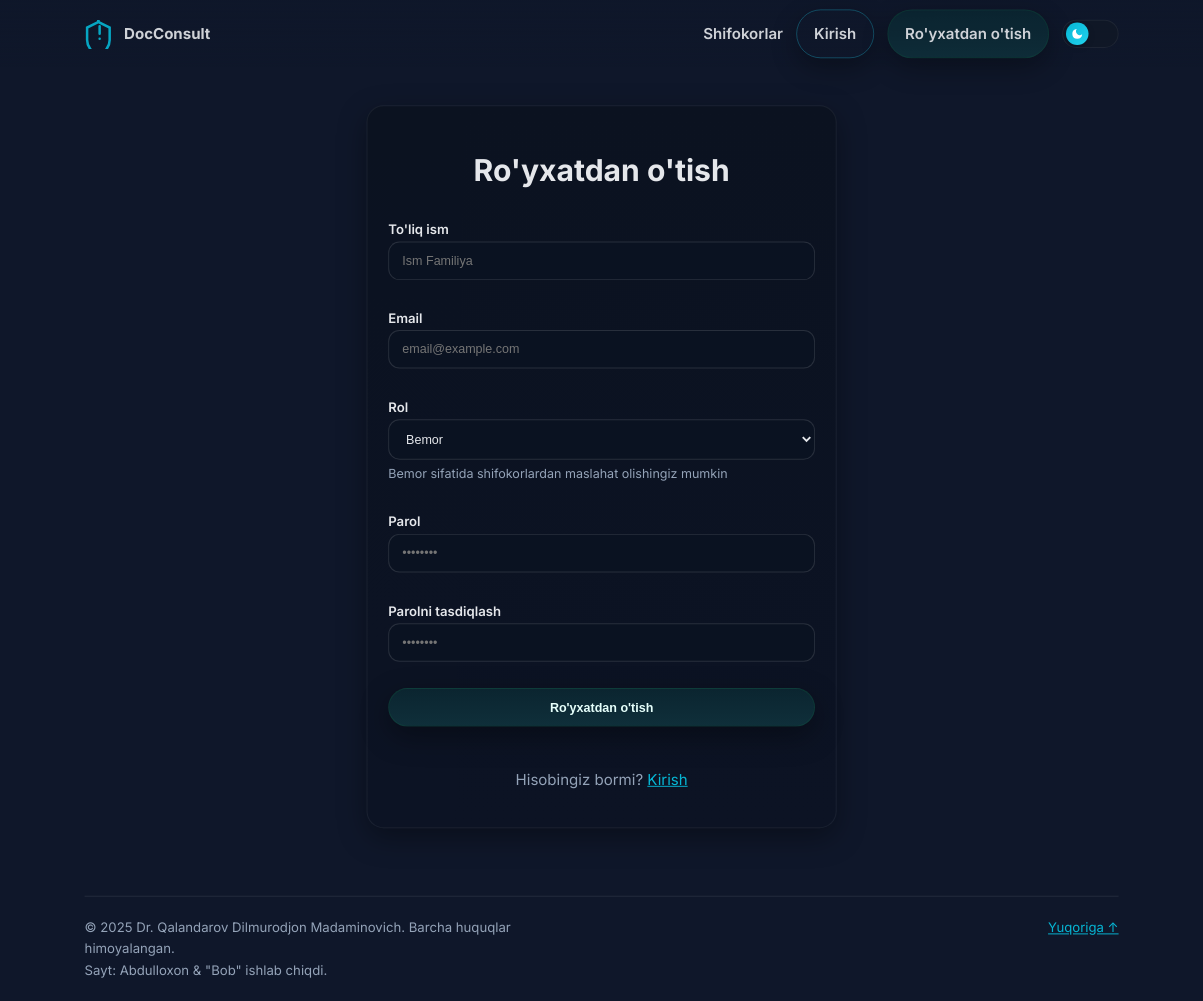
Repository: diyorbe-beep/-----------
Page: /register
An editor plug-in stored every save of this project. The page is shown before and after the next save, followed by the edit.
The browser window is 1280 px wide. The pictures show the whole page, at 94% of full size.
The page's requests for data from a server got no answer. The project was rebuilt for these pictures with package versions that can differ from the ones it lists, and the page was loaded fresh each time. No one was signed in, and anything a server would have sent is missing. Also part of the build but not shown: vite.config.js, src/pages/Home.jsx, src/pages/Login.jsx, src/components/DoctorSearch.jsx, src/pages/DoctorList.jsx, src/pages/DoctorDetail.jsx, src/pages/DoctorDashboard.jsx, src/components/FileUpload.jsx and 9 more.

Above is the page before, as saved 2025-10-20 21:13:25.

### index.html
<!DOCTYPE html>
<html lang="uz">
<head>
  <meta charset="UTF-8" />
  <meta name="viewport" content="width=device-width, initial-scale=1.0" />
  <title>Dr. Qalandarov Dilmurodjon Madaminovich — Shaxsiy tibbiy sayt</title>
  <meta name="description" content="Dr. Qalandarov Dilmurodjon Madaminovich — Qabul, diagnostika va davolash. Online navbatga yoziling, manzil va aloqa ma'lumotlari.">
  <meta name="format-detection" content="telephone=no" />
  <link rel="preconnect" href="https://fonts.googleapis.com">
  <link rel="preconnect" href="https://fonts.gstatic.com" crossorigin>
  <link href="https://fonts.googleapis.com/css2?family=Inter:wght@300;400;600;700&display=swap" rel="stylesheet">
  <script type="application/ld+json">
  {
    "@context": "https://schema.org",
    "@type": "Physician",
    "name": "Dr. Qalandarov Dilmurodjon Madaminovich",
    "medicalSpecialty": "[Mutaxassislik]",
    "telephone": "+998 [telefon]",
    "address": {"@type": "PostalAddress","streetAddress": "[Ko'cha va uy]","addressLocality": "[Shahar]","addressRegion": "[Viloyat]","postalCode": "[Indeks]","addressCountry": "UZ"},
    "openingHours": "Mo-Fr 09:00-18:00"
  }
  </script>
</head>
<body>
  <noscript>You need to enable JavaScript to run this app.</noscript>
  <div id="root"></div>
  <script type="module" src="/src/main.jsx"></script>
</body>
</html>

### src/main.jsx
import React from 'react'
import ReactDOM from 'react-dom/client'
import './index.css'
import App from './App.jsx'

ReactDOM.createRoot(document.getElementById('root')).render(
  <React.StrictMode>
    <App />
  </React.StrictMode>,
)

### src/index.css
@import './styles/themes.css';

* {
  box-sizing: border-box;
}

html,
body {
  margin: 0;
  padding: 0;
  background: var(--bg);
  color: var(--txt);
  font-family: Inter, system-ui, -apple-system, Segoe UI, Roboto, "Helvetica Neue", Arial, sans-serif;
  line-height: 1.6;
}

a {
  color: var(--brand);
}

.container {
  max-width: 1100px;
  margin: 0 auto;
  padding: 24px;
}

header {
  position: sticky;
  top: 0;
  z-index: 50;
  background: linear-gradient(180deg, #0f172ae6, #0f172a00);
}

.nav {
  display: flex;
  gap: 16px;
  align-items: center;
  justify-content: space-between;
  padding: 10px 0;
}

.nav a {
  font-weight: 600;
  text-decoration: none;
  color: var(--txt);
  opacity: 0.9;
}

.nav a:hover {
  color: var(--brand-2);
}

.btn {
  display: inline-flex;
  align-items: center;
  justify-content: center;
  padding: 12px 18px;
  border-radius: 9999px;
  border: 1px solid #16a34a20;
  background: linear-gradient(180deg, #0b2530, #0f2f3a);
  color: #e6fffb;
  font-weight: 700;
  cursor: pointer;
  box-shadow: var(--shadow);
  text-decoration: none;
}

.btn:hover {
  transform: translateY(-1px);
  filter: brightness(1.1);
}

.btn-outline {
  background: transparent;
  border: 1px solid #22d3ee55;
  color: var(--brand-2);
}

.hero {
  display: grid;
  grid-template-columns: 1.2fr 1fr;
  gap: 26px;
  align-items: center;
  padding: 28px 0;
}

.card {
  background: linear-gradient(180deg, #0b1220, #0c1324);
  border: 1px solid rgba(255, 255, 255, 0.06);
  box-shadow: var(--shadow);
  border-radius: var(--radius);
  padding: 22px;
}

.tag {
  display: inline-flex;
  gap: 8px;
  align-items: center;
  font-size: 12px;
  color: var(--muted);
  border: 1px dashed rgba(255, 255, 255, 0.15);
  padding: 6px 10px;
  border-radius: 999px;
}

.hero h1 {
  font-size: 38px;
  line-height: 1.2;
  margin: 0.2em 0;
}

.hero p {
  color: var(--muted);
}

.portrait {
  aspect-ratio: 1/1;
  border-radius: 20px;
  overflow: hidden;
  border: 1px solid rgba(255, 255, 255, 0.08);
}

.portrait img {
  width: 100%;
  height: 100%;
  object-fit: cover;
  display: block;
}

.grid-3 {
  display: grid;
  grid-template-columns: repeat(3, 1fr);
  gap: 18px;
}

.grid-2 {
  display: grid;
  grid-template-columns: repeat(2, 1fr);
  gap: 18px;
}

h2 {
  font-size: 26px;
  margin: 0 0 12px;
}

h3 {
  font-size: 18px;
  margin: 0 0 8px;
}

.muted {
  color: var(--muted);
}

.list {
  display: grid;
  gap: 10px;
  margin: 0;
  padding: 0;
}

.list li {
  list-style: none;
  padding: 10px 12px;
  border: 1px solid rgba(255, 255, 255, 0.06);
  border-radius: 12px;
  background: #0b1323cc;
}

.kpi {
  display: flex;
  gap: 14px;
  flex-wrap: wrap;
}

.kpi .item {
  flex: 1;
  min-width: 180px;
  padding: 16px;
  border-radius: 14px;
  border: 1px solid rgba(255, 255, 255, 0.06);
  background: linear-gradient(180deg, #08111f, #0a1221);
}

.kpi .n {
  font-size: 24px;
  font-weight: 800;
  color: #a7f3d0;
}

form {
  display: grid;
  gap: 12px;
}

label {
  font-weight: 600;
  font-size: 14px;
}

input,
select,
textarea {
  width: 100%;
  padding: 12px 14px;
  border-radius: 12px;
  border: 1px solid rgba(255, 255, 255, 0.12);
  background: #0a1221;
  color: var(--txt);
}

textarea {
  min-height: 110px;
  resize: vertical;
}

.footer {
  border-top: 1px solid rgba(255, 255, 255, 0.08);
  margin-top: 32px;
  padding: 22px 0;
  color: var(--muted);
  font-size: 14px;
}

.badges {
  display: flex;
  gap: 10px;
  flex-wrap: wrap;
}

.badge {
  background: #0b1220;
  border: 1px solid rgba(255, 255, 255, 0.08);
  border-radius: 999px;
  padding: 8px 12px;
  font-size: 12px;
  color: #a5b4fc;
}

.map {
  width: 100%;
  height: 260px;
  border-radius: 14px;
  border: 1px solid rgba(255, 255, 255, 0.08);
  background: #0a1221;
  display: flex;
  align-items: center;
  justify-content: center;
  color: #64748b;
}

@media (max-width: 960px) {
  .hero {
    grid-template-columns: 1fr;
  }
  .grid-3 {
    grid-template-columns: 1fr;
  }
  .grid-2 {
    grid-template-columns: 1fr;
  }
}

### src/App.jsx
import React from 'react'
import { BrowserRouter, Routes, Route, Navigate } from 'react-router-dom'
import { ThemeProvider } from './contexts/ThemeContext.jsx'
import { AuthProvider, useAuth } from './contexts/AuthContext.jsx'

// Layout
import Header from './components/Layout/Header.jsx'
import Footer from './components/Footer.jsx'

// Public Pages
import Home from './pages/Home.jsx'
import Login from './pages/Login.jsx'
import Register from './pages/Register.jsx'
import DoctorList from './pages/DoctorList.jsx'
import DoctorDetail from './pages/DoctorDetail.jsx'

// Doctor Pages
import DoctorDashboard from './pages/DoctorDashboard.jsx'
import DoctorProfileSetup from './pages/DoctorProfileSetup.jsx'
import ServiceManagement from './pages/ServiceManagement.jsx'

// Patient Pages
import PatientDashboard from './pages/PatientDashboard.jsx'
import Booking from './pages/Booking.jsx'

// Other Pages
import Profile from './pages/Profile.jsx'
import AdminVerification from './pages/AdminVerification.jsx'
import NotFound from './pages/NotFound.jsx'
import DemoMode from './pages/DemoMode.jsx'
import HowItWorks from './pages/HowItWorks.jsx'

// Protected Route wrapper
const ProtectedRoute = ({ children, requireRole }) => {
  const { user, profile, loading } = useAuth()

  if (loading) {
    return (
      <div style={{ minHeight: '80vh', display: 'flex', alignItems: 'center', justifyContent: 'center' }}>
        <div className="spinner"></div>
      </div>
    )
  }

  if (!user) {
    return <Navigate to="/login" replace />
  }

  if (requireRole && profile?.role !== requireRole) {
    return <Navigate to="/" replace />
  }

  return children
}

function AppContent() {
  return (
    <BrowserRouter>
      <div className="App">
        <Header />
        <Routes>
          {/* Public Routes */}
          <Route path="/" element={<Home />} />
          <Route path="/login" element={<Login />} />
          <Route path="/register" element={<Register />} />
          <Route path="/doctors" element={<DoctorList />} />
          <Route path="/doctors/:id" element={<DoctorDetail />} />

          {/* Doctor Routes */}
          <Route
            path="/doctor/dashboard"
            element={
              <ProtectedRoute requireRole="doctor">
                <DoctorDashboard />
              </ProtectedRoute>
            }
          />
          <Route
            path="/doctor/profile/setup"
            element={
              <ProtectedRoute requireRole="doctor">
                <DoctorProfileSetup />
              </ProtectedRoute>
            }
          />
          <Route
            path="/doctor/services"
            element={
              <ProtectedRoute requireRole="doctor">
                <ServiceManagement />
              </ProtectedRoute>
            }
          />

          {/* Patient Routes */}
          <Route
            path="/patient/dashboard"
            element={
              <ProtectedRoute requireRole="patient">
                <PatientDashboard />
              </ProtectedRoute>
            }
          />
          <Route
            path="/booking/:serviceId"
            element={
              <ProtectedRoute>
                <Booking />
              </ProtectedRoute>
            }
          />

          {/* Profile & Settings */}
          <Route
            path="/profile"
            element={
              <ProtectedRoute>
                <Profile />
              </ProtectedRoute>
            }
          />

          {/* Admin Routes (Demo - add proper admin role in production) */}
          <Route
            path="/admin/verification"
            element={
              <ProtectedRoute>
                <AdminVerification />
              </ProtectedRoute>
            }
          />

          {/* Info Pages */}
          <Route path="/demo-mode" element={<DemoMode />} />
          <Route path="/how-it-works" element={<HowItWorks />} />

          {/* 404 */}
          <Route path="*" element={<NotFound />} />
        </Routes>
        <Footer />
      </div>
    </BrowserRouter>
  )
}

function App() {
  return (
    <ThemeProvider>
      <AuthProvider>
        <AppContent />
      </AuthProvider>
    </ThemeProvider>
  )
}

export default App

### src/contexts/ThemeContext.jsx
import React, { createContext, useContext, useState, useEffect } from 'react'

const ThemeContext = createContext()

export const useTheme = () => {
  const context = useContext(ThemeContext)
  if (!context) {
    throw new Error('useTheme must be used within ThemeProvider')
  }
  return context
}

export const ThemeProvider = ({ children }) => {
  const [theme, setTheme] = useState(() => {
    // Check localStorage first
    const saved = localStorage.getItem('theme')
    if (saved) return saved

    // Then check system preference
    if (window.matchMedia && window.matchMedia('(prefers-color-scheme: dark)').matches) {
      return 'dark'
    }

    return 'dark' // Default to dark
  })

  useEffect(() => {
    // Apply theme to document
    document.documentElement.setAttribute('data-theme', theme)
    localStorage.setItem('theme', theme)
  }, [theme])

  const toggleTheme = () => {
    setTheme(prev => prev === 'dark' ? 'light' : 'dark')
  }

  return (
    <ThemeContext.Provider value={{ theme, toggleTheme }}>
      {children}
    </ThemeContext.Provider>
  )
}

### src/contexts/AuthContext.jsx
import React, { createContext, useContext, useState, useEffect } from 'react'
import { authHelpers } from '../lib/supabase.js'

const AuthContext = createContext()

export const useAuth = () => {
  const context = useContext(AuthContext)
  if (!context) {
    throw new Error('useAuth must be used within AuthProvider')
  }
  return context
}

export const AuthProvider = ({ children }) => {
  const [user, setUser] = useState(null)
  const [profile, setProfile] = useState(null)
  const [loading, setLoading] = useState(true)

  useEffect(() => {
    // Check current session
    checkUser()

    // Listen for auth changes
    const { data: { subscription } } = authHelpers.onAuthStateChange(async (event, session) => {
      if (session?.user) {
        setUser(session.user)
        await loadUserProfile(session.user.id)
      } else {
        setUser(null)
        setProfile(null)
      }
      setLoading(false)
    })

    return () => {
      subscription?.unsubscribe()
    }
  }, [])

  const checkUser = async () => {
    try {
      const currentUser = await authHelpers.getCurrentUser()
      if (currentUser) {
        setUser(currentUser)
        await loadUserProfile(currentUser.id)
      }
    } catch (error) {
      console.error('Error checking user:', error)
    } finally {
      setLoading(false)
    }
  }

  const loadUserProfile = async (userId) => {
    try {
      const userProfile = await authHelpers.getUserProfile(userId)
      setProfile(userProfile)
    } catch (error) {
      console.error('Error loading profile:', error)
    }
  }

  const signUp = async (email, password, fullName, role = 'patient') => {
    setLoading(true)
    try {
      const data = await authHelpers.signUp({ email, password, fullName, role })
      return data
    } catch (error) {
      throw error
    } finally {
      setLoading(false)
    }
  }

  const signIn = async (email, password) => {
    setLoading(true)
    try {
      const data = await authHelpers.signIn({ email, password })
      return data
    } catch (error) {
      throw error
    } finally {
      setLoading(false)
    }
  }

  const signOut = async () => {
    setLoading(true)
    try {
      await authHelpers.signOut()
      setUser(null)
      setProfile(null)
    } catch (error) {
      throw error
    } finally {
      setLoading(false)
    }
  }

  const value = {
    user,
    profile,
    loading,
    signUp,
    signIn,
    signOut,
    isDoctor: profile?.role === 'doctor',
    isPatient: profile?.role === 'patient',
    reloadProfile: () => loadUserProfile(user?.id)
  }

  return (
    <AuthContext.Provider value={value}>
      {children}
    </AuthContext.Provider>
  )
}

### src/components/Layout/Header.jsx
import React from 'react'
import { Link } from 'react-router-dom'
import { useAuth } from '../../contexts/AuthContext.jsx'
import ThemeToggle from '../ThemeToggle.jsx'

const Header = () => {
  const { user, profile, signOut } = useAuth()

  return (
    <header>
      <div className="container nav">
        <Link to="/" style={{ display: 'flex', gap: '10px', alignItems: 'center', textDecoration: 'none' }}>
          <svg width="32" height="32" viewBox="0 0 24 24" fill="none" xmlns="http://www.w3.org/2000/svg">
            <path d="M12 2L2 7v10c0 5.5 3.8 9.7 9 11 5.2-1.3 9-5.5 9-11V7l-10-5z" stroke="var(--brand)" strokeWidth="2" fill="none"/>
            <path d="M12 6v6M12 16h.01" stroke="var(--brand)" strokeWidth="2" strokeLinecap="round"/>
          </svg>
          <strong style={{ color: 'var(--txt)' }}>DocConsult</strong>
        </Link>

        <nav style={{ display: 'flex', gap: '14px', alignItems: 'center' }}>
          <Link to="/doctors">Shifokorlar</Link>

          {!user ? (
            <>
              <Link to="/login" className="btn btn-outline">Kirish</Link>
              <Link to="/register" className="btn">Ro'yxatdan o'tish</Link>
            </>
          ) : (
            <>
              <Link to={profile?.role === 'doctor' ? '/doctor/dashboard' : '/patient/dashboard'}>
                Dashboard
              </Link>
              <Link to="/profile">Profil</Link>
              <button onClick={signOut} className="btn btn-outline">
                Chiqish
              </button>
              {profile?.avatar_url && (
                <div className="avatar">
                  <img src={profile.avatar_url} alt={profile.full_name} />
                </div>
              )}
            </>
          )}

          <ThemeToggle />
        </nav>
      </div>
    </header>
  )
}

export default Header

### src/components/Footer.jsx
import React from 'react'
import { scrollToTop } from '../utils/helpers.js'

const Footer = () => {
  const currentYear = new Date().getFullYear()

  return (
    <section className="footer container">
      <div className="grid-2">
        <div>
          © {currentYear} Dr. Qalandarov Dilmurodjon Madaminovich. Barcha huquqlar himoyalangan.
          <br />
          <span className="muted">Sayt: Abdulloxon & "Bob" ishlab chiqdi.</span>
        </div>
        <div style={{ textAlign: 'right' }}>
          <a href="#top" onClick={(e) => { e.preventDefault(); scrollToTop(); }}>
            Yuqoriga ↑
          </a>
        </div>
      </div>
    </section>
  )
}

export default Footer

### src/pages/Register.jsx
import React, { useState } from 'react'
import { Link, useNavigate } from 'react-router-dom'
import { useAuth } from '../contexts/AuthContext.jsx'

const Register = () => {
  const [formData, setFormData] = useState({
    fullName: '',
    email: '',
    password: '',
    confirmPassword: '',
    role: 'patient'
  })
  const [error, setError] = useState('')
  const [loading, setLoading] = useState(false)

  const { signUp } = useAuth()
  const navigate = useNavigate()

  const handleChange = (e) => {
    setFormData(prev => ({
      ...prev,
      [e.target.name]: e.target.value
    }))
  }

  const handleSubmit = async (e) => {
    e.preventDefault()
    setError('')

    if (formData.password !== formData.confirmPassword) {
      setError('Parollar mos kelmayapti')
      return
    }

    if (formData.password.length < 6) {
      setError('Parol kamida 6 ta belgidan iborat bo\'lishi kerak')
      return
    }

    setLoading(true)

    try {
      await signUp(formData.email, formData.password, formData.fullName, formData.role)
      alert('Ro\'yxatdan o\'tish muvaffaqiyatli! Emailingizni tasdiqlang.')
      navigate('/login')
    } catch (err) {
      setError(err.message || 'Ro\'yxatdan o\'tish xatosi')
    } finally {
      setLoading(false)
    }
  }

  return (
    <main className="container" style={{ minHeight: '80vh', display: 'flex', alignItems: 'center', justifyContent: 'center', paddingTop: '40px', paddingBottom: '40px' }}>
      <div className="card" style={{ maxWidth: '500px', width: '100%' }}>
        <h1 style={{ textAlign: 'center', marginBottom: '24px' }}>Ro'yxatdan o'tish</h1>

        {error && (
          <div style={{ padding: '12px', background: 'var(--danger)', color: 'white', borderRadius: 'var(--radius-sm)', marginBottom: '16px' }}>
            {error}
          </div>
        )}

        <form onSubmit={handleSubmit}>
          <div style={{ marginBottom: '16px' }}>
            <label htmlFor="fullName">To'liq ism</label>
            <input
              id="fullName"
              name="fullName"
              type="text"
              value={formData.fullName}
              onChange={handleChange}
              placeholder="Ism Familiya"
              required
            />
          </div>

          <div style={{ marginBottom: '16px' }}>
            <label htmlFor="email">Email</label>
            <input
              id="email"
              name="email"
              type="email"
              value={formData.email}
              onChange={handleChange}
              placeholder="email@example.com"
              required
            />
          </div>

          <div style={{ marginBottom: '16px' }}>
            <label htmlFor="role">Rol</label>
            <select
              id="role"
              name="role"
              value={formData.role}
              onChange={handleChange}
            >
              <option value="patient">Bemor</option>
              <option value="doctor">Shifokor</option>
            </select>
            <small style={{ color: 'var(--muted)', display: 'block', marginTop: '4px' }}>
              {formData.role === 'doctor' ? 'Shifokor sifatida ro\'yxatdan o\'tsangiz, profilingiz tekshiriladi' : 'Bemor sifatida shifokorlardan maslahat olishingiz mumkin'}
            </small>
          </div>

          <div style={{ marginBottom: '16px' }}>
            <label htmlFor="password">Parol</label>
            <input
              id="password"
              name="password"
              type="password"
              value={formData.password}
              onChange={handleChange}
              placeholder="••••••••"
              required
            />
          </div>

          <div style={{ marginBottom: '16px' }}>
            <label htmlFor="confirmPassword">Parolni tasdiqlash</label>
            <input
              id="confirmPassword"
              name="confirmPassword"
              type="password"
              value={formData.confirmPassword}
              onChange={handleChange}
              placeholder="••••••••"
              required
            />
          </div>

          <button
            type="submit"
            className="btn"
            style={{ width: '100%', marginBottom: '16px' }}
            disabled={loading}
          >
            {loading ? 'Ro\'yxatdan o\'tilmoqda...' : 'Ro\'yxatdan o\'tish'}
          </button>

          <p style={{ textAlign: 'center', color: 'var(--muted)' }}>
            Hisobingiz bormi? <Link to="/login" style={{ color: 'var(--brand)' }}>Kirish</Link>
          </p>
        </form>
      </div>
    </main>
  )
}

export default Register

### src/components/ThemeToggle.jsx
import React from 'react'
import { useTheme } from '../contexts/ThemeContext.jsx'

const ThemeToggle = () => {
  const { theme, toggleTheme } = useTheme()

  return (
    <button
      className="theme-toggle"
      onClick={toggleTheme}
      aria-label={`Switch to ${theme === 'dark' ? 'light' : 'dark'} mode`}
    >
      <div className="theme-toggle-thumb">
        {theme === 'dark' ? (
          <svg viewBox="0 0 24 24" fill="currentColor">
            <path d="M21 12.79A9 9 0 1 1 11.21 3 7 7 0 0 0 21 12.79z" />
          </svg>
        ) : (
          <svg viewBox="0 0 24 24" fill="currentColor">
            <circle cx="12" cy="12" r="5" />
            <path d="M12 1v2m0 18v2M4.22 4.22l1.42 1.42m12.72 12.72l1.42 1.42M1 12h2m18 0h2M4.22 19.78l1.42-1.42m12.72-12.72l1.42-1.42" />
          </svg>
        )}
      </div>
    </button>
  )
}

export default ThemeToggle

Loaded but not shown: src/lib/supabase.js (library); src/utils/helpers.js (89 lines, source omitted); src/config/constants.js (33 lines, source omitted); src/styles/themes.css (256 lines, source omitted)

After the next save:
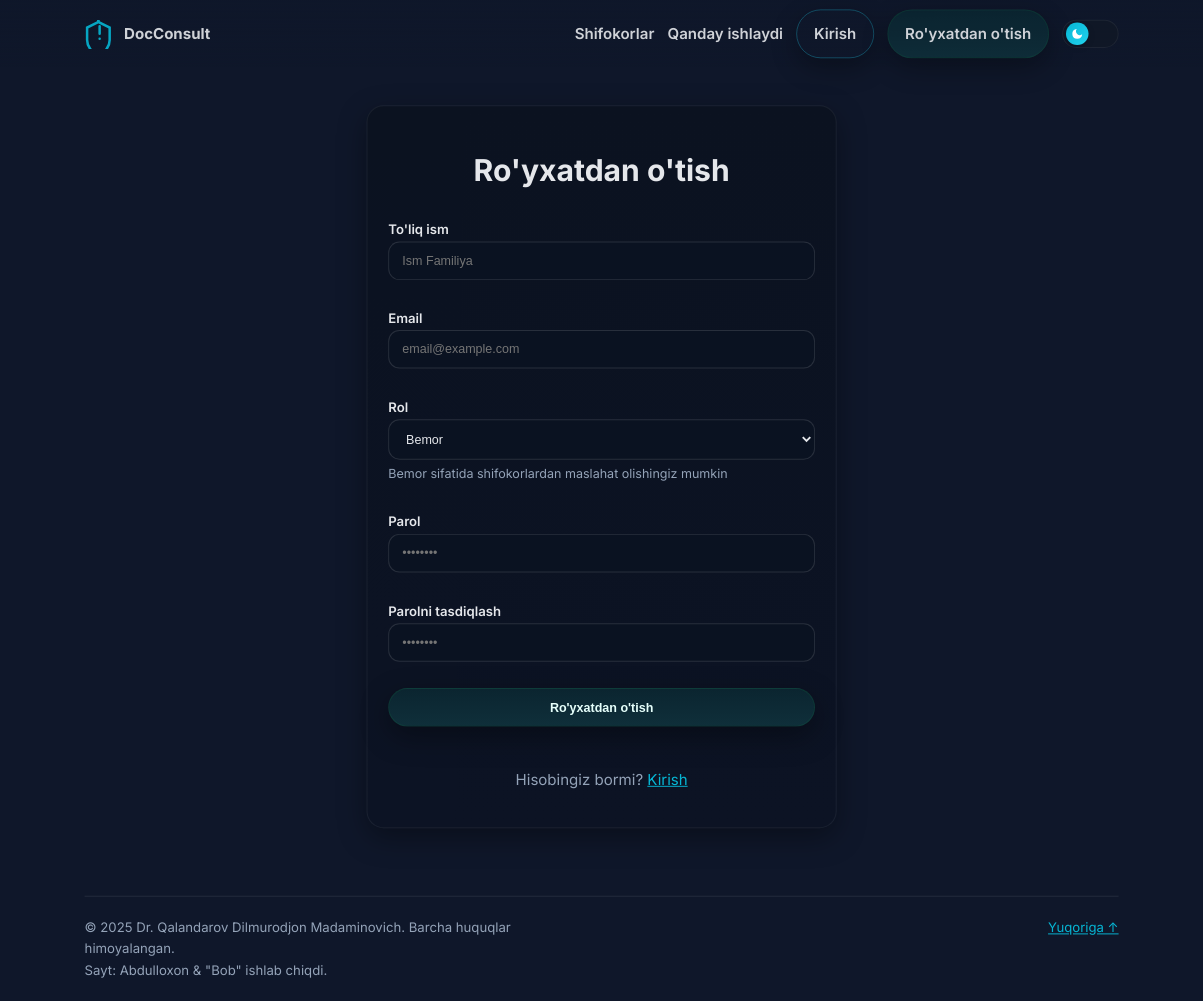
Saved 2 s later.
--- a/src/components/Layout/Header.jsx
+++ b/src/components/Layout/Header.jsx
@@ -19,6 +19,7 @@ const Header = () => {
 
         <nav style={{ display: 'flex', gap: '14px', alignItems: 'center' }}>
           <Link to="/doctors">Shifokorlar</Link>
+          <Link to="/how-it-works">Qanday ishlaydi</Link>
 
           {!user ? (
             <>
